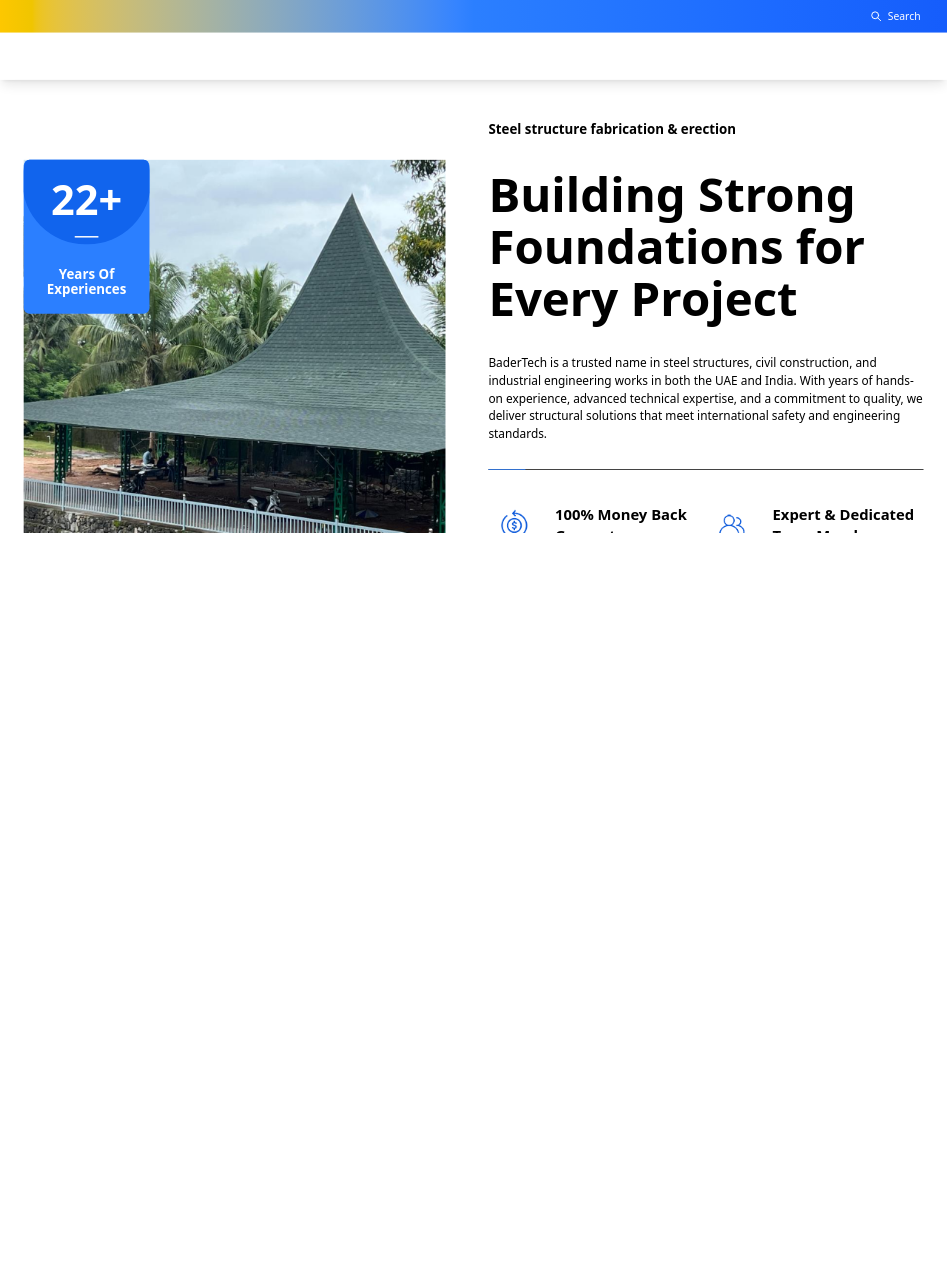
Repository: codenikin/uniquebader
Page: /awards
The author's editor kept a copy of each file at every save. The page is drawn from the files as they stood at one save, then again after a run of saves.
The browser window is 1280 px wide. The pictures show the whole page, at 74% of full size.
The project was rebuilt for these pictures with package versions that can differ from the ones it lists, and the page was loaded fresh each time. The framework's server and built-in components were replaced by stand-ins that run in the browser. Also part of the build but not shown: next.config.mjs.

Above is the page before, as saved 2025-11-30 13:05:38.

### src/app/(frontend)/layout.tsx
import React from 'react'
// @ts-ignore: allow side-effect CSS import without type declarations
import './styles.css'
import { Providers } from '@/providers'
import { HeaderClient } from '../Header/component'

export const metadata = {
  description: 'A blank template using Payload in a Next.js app.',
  title: 'Payload Blank Template',
}

export default async function RootLayout(props: { children: React.ReactNode }) {
  const { children } = props

  return (
    <html lang="en">
      <body>
        <HeaderClient />
        <div id="smooth-wrapper">
          <div id="smooth-content">
            <Providers>{children}</Providers>
          </div>
        </div>
      </body>
    </html>
  )
}

### src/app/(frontend)/awards/page.tsx
import { Certificate } from '@/components/Certificate'
import Certificates from '@/components/CertificateZoom'
import FeatureSection from '@/components/FeatureSection'
export const dynamic = 'force-dynamic'
export default async function AwardPage() {
  return (
    <>
      <FeatureSection />
      <Certificate />
    </>
  )
}

### src/app/(frontend)/styles.css
@import 'tailwindcss';

.codenik {
  padding: 20px;
  position: relative;
  min-height: 100vh;
}
.unique {
  padding: 20px;
  position: relative;
  min-height: 100vh;
}
html,
body,
#app {
  height: 100%;
}

img {
  max-width: 100%;
  height: auto;
  display: block;
}

h1 {
  margin: 40px 0;
  font-size: 64px;
  line-height: 70px;
  font-weight: bold;

  @media (max-width: 1024px) {
    margin: 24px 0;
    font-size: 42px;
    line-height: 42px;
  }

  @media (max-width: 768px) {
    font-size: 38px;
    line-height: 38px;
  }

  @media (max-width: 400px) {
    font-size: 32px;
    line-height: 32px;
  }
}

p {
  margin: 24px 0;

  @media (max-width: 1024px) {
    margin: calc(var(--base) * 0.75) 0;
  }
}

a {
  color: currentColor;

  &:focus {
    opacity: 0.8;
    outline: none;
  }

  &:active {
    opacity: 0.7;
    outline: none;
  }
}

svg {
  vertical-align: middle;
}

.home {
  display: flex;
  flex-direction: column;
  justify-content: space-between;
  align-items: center;
  height: 100vh;
  padding: 45px;
  max-width: 1024px;
  margin: 0 auto;
  overflow: hidden;

  @media (max-width: 400px) {
    padding: 24px;
  }

  .content {
    display: flex;
    flex-direction: column;
    align-items: center;
    justify-content: center;
    flex-grow: 1;

    h1 {
      text-align: center;
    }
  }

  .links {
    display: flex;
    align-items: center;
    gap: 12px;

    a {
      text-decoration: none;
      padding: 0.25rem 0.5rem;
      border-radius: 4px;
    }

    .admin {
      color: rgb(0, 0, 0);
      background: rgb(1000, 1000, 1000);
      border: 1px solid rgb(0, 0, 0);
    }

    .docs {
      color: rgb(1000, 1000, 1000);
      background: rgb(0, 0, 0);
      border: 1px solid rgb(1000, 1000, 1000);
    }
  }

  .footer {
    display: flex;
    align-items: center;
    gap: 8px;

    @media (max-width: 1024px) {
      flex-direction: column;
      gap: 6px;
    }

    p {
      margin: 0;
    }

    .codeLink {
      text-decoration: none;
      padding: 0 0.5rem;
      background: rgb(60, 60, 60);
      border-radius: 4px;
    }
  }
}

### src/providers/index.tsx
import React from 'react'
import { ThemeLayoutAnimation } from './ThemeLayoutAnimation'

export const Providers: React.FC<{
  children: React.ReactNode
}> = ({ children }) => {
  return <ThemeLayoutAnimation>{children}</ThemeLayoutAnimation>
}

### src/app/Header/component.tsx
'use client'

export const HeaderClient: React.FC = () => {
  return (
    <header className="fixed top-0 left-0 right-0 w-full z-50 bg-white dark:bg-gray-900 shadow-lg transition-transform duration-300">
      <div className="w-full bg-linear-to-r from-yellow-400 via-blue-500 to-blue-600 text-white py-2">
        <div className="max-w-7xl mx-auto px-4 sm:px-6 lg:px-8 flex justify-end items-center space-x-4">
          <button
            id="search-trigger"
            className="p-1 hover:text-gray-200 transition-colors flex items-center space-x-2"
          >
            <svg className="w-4 h-4" fill="none" stroke="currentColor" viewBox="0 0 24 24">
              <path
                strokeLinecap="round"
                strokeLinejoin="round"
                strokeWidth="2"
                d="M21 21l-6-6m2-5a7 7 0 11-14 0 7 7 0 0114 0z"
              />
            </svg>
            <span className="text-sm">Search</span>
          </button>
        </div>
      </div>
      <div className="max-w-7xl mx-auto px-4 sm:px-6 lg:px-8">
        <div className="flex justify-between h-16"></div>
      </div>
    </header>
  )
}

### src/components/Certificate.tsx
'use client'
import { useState } from 'react'

const certificate = [
  {
    title: 'Transportation',
    description:
      'Our transportation solutions help cities and companies improve safety, reduce congestion, and provide better services to their customers.',
    image: '/certificate/4-1.jpg',
    link: '/transportation',
  },
  {
    title: 'Critical Infrastructure',
    description:
      'Our solutions help protect critical infrastructure from cyber attacks and other threats, ensuring that essential services are always available.',
    image: '/certificate/5-1.jpg',
    link: '/Critical-Infrastructure/critical-infrastructure',
  },
  {
    title: 'Traffic',
    description:
      'Our traffic management solutions help reduce congestion, improve safety, and make transportation more efficient for everyone.',
    image: '/certificate/6.jpg',
    link: '/Traffic/traffic',
  },
]

export const Certificate: React.FC = (props) => {
  const [zoomedImage, setZoomedImage] = useState<string | null>(null)

  return (
    <section className="py-2 px-4 bg-white mt-32">
      <div className="max-w-7xl mx-auto">
        <h2 className="text-5xl font-anton text-center text-gray-900 mb-16 animate-fade-in relative">
          Our Certificates
          <span className="block w-24 h-1 bg-linear-to-r from-purple-500 to-pink-500 mx-auto mt-4"></span>
        </h2>

        <div className="grid grid-cols-1 md:grid-cols-2 lg:grid-cols-3 gap-10 mt-32 mb-32">
          {certificate.map((solution, index) => (
            <div
              key={index}
              className="group relative overflow-hidden rounded-xl shadow-2xl transform transition-all duration-500 hover:scale-105 hover:shadow-purple-500/25 cursor-pointer"
              onClick={() => setZoomedImage(solution.image)}
            >
              <div className="relative h-[600px] sm:h-[450px] w-full  rounded-b-2xl">
                <img
                  src={solution.image}
                  alt={solution.title}
                  className="w-full h-full object-contain transition-transform duration-700 group-hover:scale-102"
                />
                <div className="absolute inset-0 bg-blue-500 transparent opacity-5 group-hover:opacity-50 transition-opacity duration-500"></div>
              </div>
            </div>
          ))}
        </div>
      </div>

      {/* Zoom Modal */}
      {zoomedImage && (
        <div
          className="fixed inset-0 bg-black bg-opacity-75 flex items-center justify-center z-50 p-4"
          onClick={() => setZoomedImage(null)}
        >
          <div className="relative max-w-4xl max-h-[90vh] flex items-center justify-center">
            <img
              src={zoomedImage}
              alt="Zoomed certificate"
              className="max-w-full max-h-screen object-contain"
              onClick={(e) => e.stopPropagation()}
            />
            <button
              onClick={() => setZoomedImage(null)}
              className="absolute top-4 right-4 bg-white text-black rounded-full w-10 h-10 flex items-center justify-center text-2xl hover:bg-gray-200 transition"
            >
              ✕
            </button>
          </div>
        </div>
      )}
    </section>
  )
}

### src/components/FeatureSection.tsx
'use client'
import Link from 'next/link'
import aboutIcon from '/images/about-icon1.png'
import aboutIcon2 from '/images/about-icon2.png'
import aboutIcon3 from '/images/about-icon3.png'
import aboutIcon4 from '/images/about-icon4.png'
import aboutShape from '/images/about-shape.png'
import aboutShape2 from '/images/about-shape2.png'

import CountUp from 'react-countup'
import { GoArrowRight } from 'react-icons/go'

const FeatureSection = () => {
  return (
    <section className="mt-32 bg-BodyBg-0 bg-no-repeat bg-center bg-cover relative p-8">
      <div className="Container max-w-7xl mx-auto">
        <div className="grid grid-cols-1 lg:grid-cols-2 gap-10 md:gap-[92px] lg:gap-10 2xl:gap-[92px] items-center">
          <div className="relative z-10">
            <img src="/bader.png" draggable="false" />
            <div className="absolute top-0 left-0">
              <div className="bg-blue-500 pb-6 pt-5 flex flex-col justify-between overflow-hidden rounded-lg h-[117px] sm:h-[208px] lg:h-[180px] xl:h-[208px] w-[92px] sm:w-[170px] lg:w-[140px] xl:w-[170px] items-center text-center relative z-10 before:absolute before:top-1/2 before:-translate-y-1/2 before:left-1/2 before:-translate-x-1/2 before:w-0 sm:before:w-8 before:h-[2px] before:bg-white after:absolute after:-top-14 after:-left-[2px] after:w-0 sm:after:w-[174px] after:h-[170px] after:bg-[#1164ED] after:-z-10 after:rounded-full">
                <CountUp
                  start={-9}
                  end={22}
                  suffix="+"
                  className="text-3xl sm:text-[56px] font-Rajdhani font-bold text-white"
                />
                <h6 className="font-Rajdhani text-sm leading-4 sm:text-lg sm:leading-5 font-semibold text-white">
                  Years Of <br /> Experiences
                </h6>
              </div>
            </div>
            <img
              src="/about-shape.png"
              draggable="false"
              className="absolute bottom-6 right-10 -z-10 animate-movebtn hidden sm:block"
            />
          </div>
          <div className="relative">
            <h5 className="font-Rajdhani text-lg font-semibold text-PrimaryColor-0">
              Steel structure fabrication & erection
            </h5>
            <h1 className="font-Rajdhani font-bold text-xl leading-7 sm:text-[34px] sm:leading-[44px] md:text-[44px] md:leading-[54px] lg:text-[30px] lg:leading-[40px] xl:text-[36px] xl:leading-[46px] 2xl:text-[42px] 2xl:leading-[52px] text-HeadingColor-0 mt-[18px] mb-3">
              Building Strong <br />
              Foundations for Every Project
            </h1>
            <p className="font-Nunito text-TextColor2-0 pb-9 border-b border-BorderColor2-0 relative before:absolute before:left-0 before:-bottom-px before:w-[50px] before:h-px before:bg-blue-500 animate-dance4">
              BaderTech is a trusted name in steel structures, civil construction, and industrial
              engineering works in both the UAE and India. With years of hands-on experience,
              advanced technical expertise, and a commitment to quality, we deliver structural
              solutions that meet international safety and engineering standards.
            </p>
            <div className="grid grid-cols-1 sm:grid-cols-2 gap-y-[30px] my-10">
              <div className="flex gap-5 items-center">
                <div className="w-[70px] h-[70px] rounded bg-white flex justify-center items-center">
                  <img src="/about-icon1.png" draggable="false" />
                </div>
                <div className="flex-1">
                  <h5 className="font-Rajdhani font-semibold text-[22px] lg:text-base xl:text-xl 2xl:text-[22px] text-HeadingColor-0">
                    100% Money Back Gaurentee
                  </h5>
                </div>
              </div>
              <div className="flex gap-5 items-center">
                <div className="w-[70px] h-[70px] rounded bg-white flex justify-center items-center">
                  <img src="about-icon2.png" draggable="false" />
                </div>
                <div className="flex-1">
                  <h5 className="font-Rajdhani font-semibold text-[22px] lg:text-base xl:text-xl 2xl:text-[22px] text-HeadingColor-0">
                    Expert & Dedicated Team Members
                  </h5>
                </div>
              </div>
              <div className="flex gap-5 items-center">
                <div className="w-[70px] h-[70px] rounded bg-white flex justify-center items-center">
                  <img src="about-icon3.png" draggable="false" />
                </div>
                <div className="flex-1">
                  <h5 className="font-Rajdhani font-semibold text-[22px] lg:text-base xl:text-xl 2xl:text-[22px] text-HeadingColor-0">
                    24/7 Free Tehcnical Supports
                  </h5>
                </div>
              </div>
              <div className="flex gap-5 items-center">
                <div className="w-[70px] h-[70px] rounded bg-white flex justify-center items-center">
                  <img src="about-icon4.png" draggable="false" />
                </div>
                <div className="flex-1">
                  <h5 className="font-Rajdhani font-semibold text-[22px] lg:text-base xl:text-xl 2xl:text-[22px] text-HeadingColor-0">
                    100% Customers Satisfaction
                  </h5>
                </div>
              </div>
            </div>
            {/* <Link href={'/about'}>
              <button className="primary-btn">
                {`Discover More`}
                <GoArrowRight size={'22'} />
              </button>
            </Link>
            <img
              src="/about-shape2.png"
              draggable="false"
              className="absolute bottom-0 left-1/2 animate-swing hidden sm:block"
            /> */}
          </div>
        </div>
      </div>
    </section>
  )
}

export default FeatureSection

### src/providers/ThemeLayoutAnimation/index.tsx
'use client'
import { useEffect, useState, createContext } from 'react'
import { usePathname } from 'next/navigation'
import { ScrollAnimation } from '@/common/scrollAnimation'
import type { ThemeLayoutAnimationContextType } from './types'

const initialContext: ThemeLayoutAnimationContextType = {
  setSettings: () => null,
  settings: undefined,
}

const BasicContext = createContext(initialContext)
export const ThemeLayoutAnimation = ({ children }: { children: React.ReactNode }) => {
  const router = usePathname()
  const [settings, setSettings] = useState(null)

  useEffect(() => {
    const timeout = setTimeout(() => {
      ScrollAnimation()
    }, 100)

    return () => clearTimeout(timeout)
  }, [])

  useEffect(() => {
    ScrollAnimation()
  }, [router])

  return (
    <>
      <BasicContext value={{ setSettings, settings }}>{children}</BasicContext>
    </>
  )
}

### src/common/scrollAnimation.js
import { gsap } from 'gsap'
import ScrollTrigger from 'gsap/ScrollTrigger'
import ScrollSmoother from 'gsap/ScrollSmoother'
import ScrollToPlugin from 'gsap/ScrollToPlugin'

export const ScrollAnimation = () => {
  gsap.registerPlugin(ScrollTrigger, ScrollSmoother, ScrollToPlugin)

  ScrollSmoother.create({
    smooth: 1,
    effects: true,
    smoothTouch: 0.1,
  })

  const codenikSection = document.querySelector('.codenik')
  if (codenikSection) {
    let animatedBg = document.getElementById('codenik-animated-bg')
    if (!animatedBg) {
      animatedBg = document.createElement('div')
      animatedBg.id = 'codenik-animated-bg'
      animatedBg.style.cssText = `
      position: absolute;
      top: 0;
      left: 0;
      width: 100%;
      height: 100%;
      background: linear-gradient(45deg,rgba(21, 19, 19, 255) 0%,rgba(21, 19, 19, 255) 100%);
      z-index: -1;
      clip-path: polygon(100% 0%, 100% 0%, 100% 100%, 150% 100%);
    `
      codenikSection.appendChild(animatedBg)
    }

    // Setup container
    codenikSection.style.position = 'relative'
    codenikSection.style.minHeight = '100vh'
    codenikSection.style.backgroundColor = 'transparent'

    // Select all text elements
    const textElements = codenikSection.querySelectorAll('h1, h2, h3, h4, h5, h6, p, span, a, div')

    // Add transition to text elements
    textElements.forEach((el) => {
      if (el instanceof HTMLElement) {
        el.style.transition = 'color 0.2s ease'
        el.style.color = '#191717ff' // Initial color
      }
    })

    gsap.registerPlugin(ScrollTrigger)

    const tl = gsap.timeline({
      scrollTrigger: {
        trigger: codenikSection,
        start: 'top center',
        end: 'top top',
        scrub: 1,
        markers: false,
        onUpdate: (self) => {
          // Get the current position of the dark background
          const bgRect = animatedBg.getBoundingClientRect()
          const bgLeftEdge = bgRect.left

          // Check each text element against the background position
          textElements.forEach((el) => {
            if (el instanceof HTMLElement) {
              const elementRect = el.getBoundingClientRect()
              const elementCenter = elementRect.left + elementRect.width / 2

              // If background has passed over this element
              if (elementCenter > bgLeftEdge) {
                gsap.to(el, {
                  color: '#000000',
                  duration: 0.2,
                })
              } else {
                gsap.to(el, {
                  color: '#000000',
                  duration: 0.2,
                })
              }
            }
          })
        },
      },
    })
    tl.to('#codenik-animated-bg', {
      clipPath: 'polygon(-100% 0%, 100% 0%, 100% 100%, -25% 100%)',
      duration: 1,
      ease: 'none',
    })
  }
  const aboutSection = document.querySelector('.unique')
  if (aboutSection) {
    // Set initial styles
    aboutSection.style.position = 'relative'
    aboutSection.style.minHeight = '100vh'
    aboutSection.style.background = 'linear-gradient(45deg,rgb(21, 19, 19) 0%,rgb(20, 26, 20) 100%)'

    const textElements = aboutSection.querySelectorAll(
      'p, h2,h3, .unique-text, .unique-text-sm, .unique-text-md, a',
    )

    // Set initial text color to white
    textElements.forEach((el) => {
      el.style.color = '#000000'
      if (el.tagName.toLowerCase() === 'a') {
        el.style.transition = 'color 0.3s ease'
      }
    })

    // Create timeline for scroll-based animation
    const tl = gsap.timeline({
      scrollTrigger: {
        trigger: aboutSection,
        start: 'top center', // Start when top of section hits center
        end: 'center center', // End when center of section hits center
        scrub: 1,
        markers: false,
        toggleActions: 'play none none reverse',
        onUpdate: (self) => {
          const progress = self.progress
          const textColor = progress >= 0.5 ? '#000000' : '#ffffff'
          textElements.forEach((el) => {
            gsap.to(el, {
              color: textColor,
              duration: 0.1,
            })
          })
        },
      },
    })

    // Single color transition at 50% scroll
    tl.to('.unique', {
      background: '#ffffff',
      duration: 1,
      ease: 'power2.inOut',
    })
  }
}

After the next 3 saves:
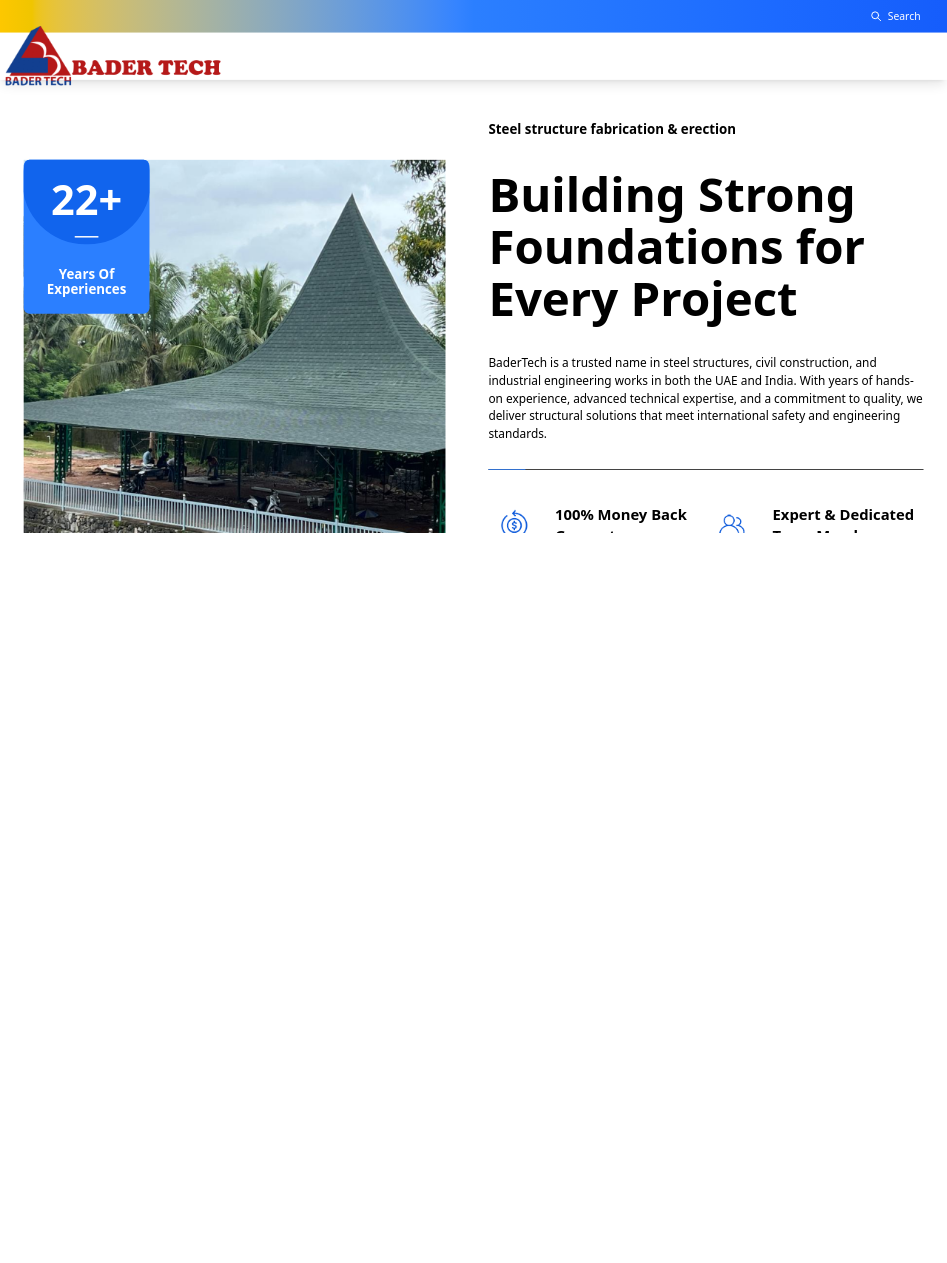
The 3 saves are shown as one change because 2 did not build or start.
The last was saved 14 min 24 s later.
--- a/src/app/Header/component.tsx
+++ b/src/app/Header/component.tsx
@@ -22,7 +22,11 @@
         </div>
       </div>
       <div className="max-w-7xl mx-auto px-4 sm:px-6 lg:px-8">
-        <div className="flex justify-between h-16"></div>
+        <div className="flex justify-between h-16">
+          <a href="/" className="flex items-center -ml-4 sm:-ml-6 lg:-ml-8">
+            <img src="/LOGOBADER-1.png" alt="Company Logo" className="h-8 w-auto sm:h-10" />
+          </a>
+        </div>
       </div>
     </header>
   )
